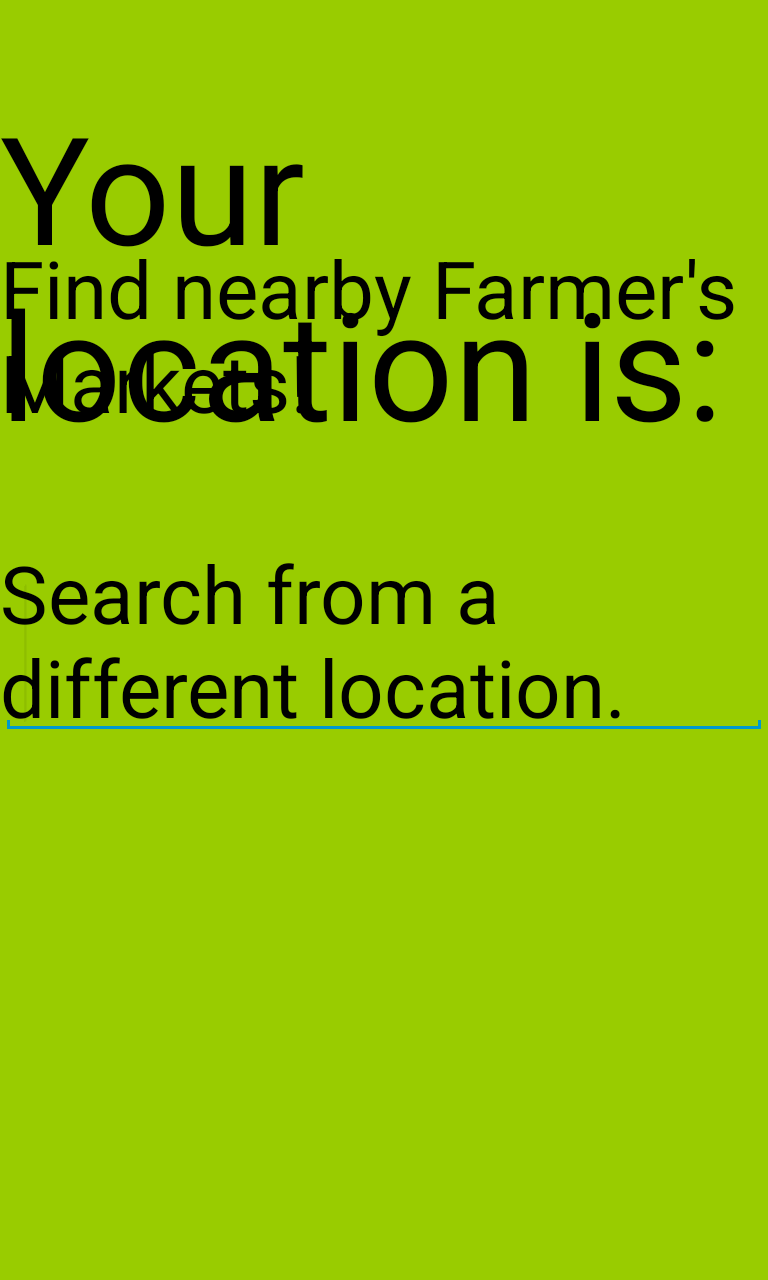
Repository: yasith/OnlyLocal
Layout: Only Local/res/layout/activity_start.xml
An editor plug-in stored every save of this project. The layout is shown before and after the next save, followed by the edit.
It is drawn on a 768 x 1280 px phone screen (xhdpi) without system bars, with theme AppTheme; the app's code is not run.

Above is the layout before, as saved 2012-07-25 06:25:43.

After the next save:
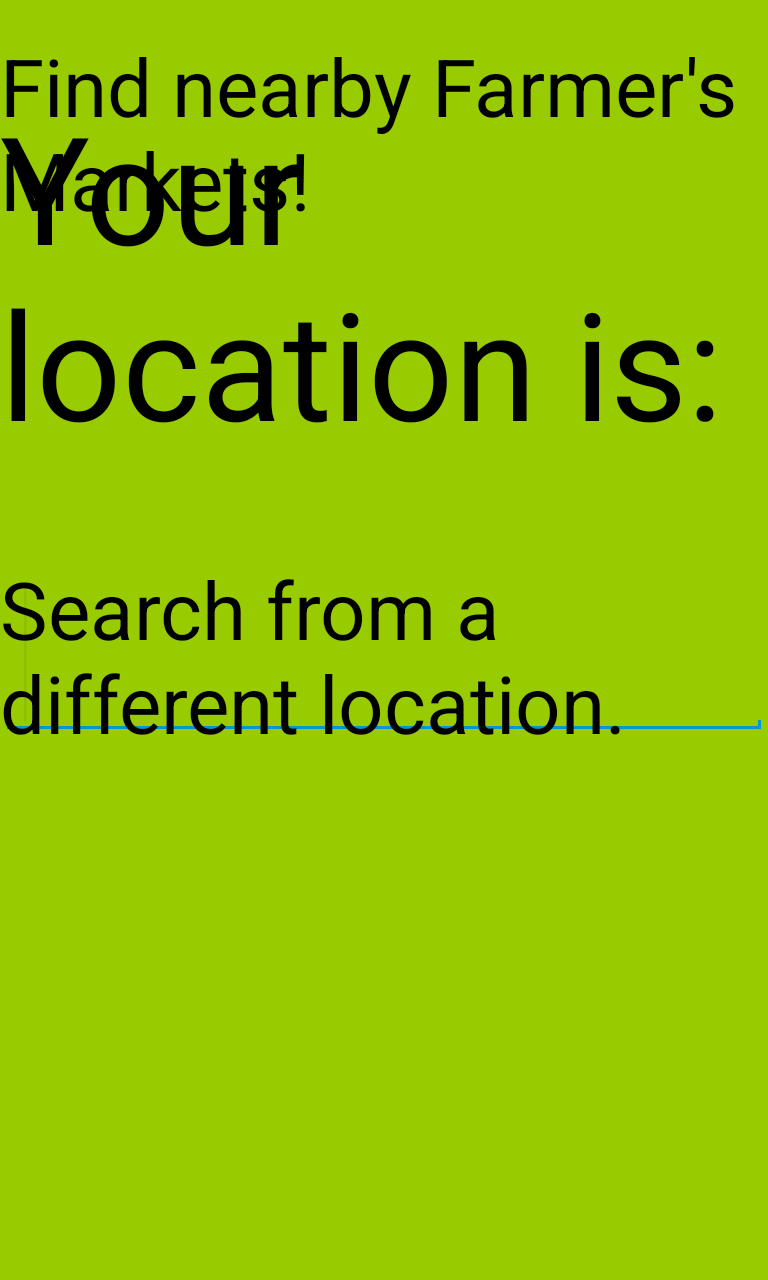
Saved 74 s later.
--- a/Only Local/res/layout/activity_start.xml
+++ b/Only Local/res/layout/activity_start.xml
@@ -2,7 +2,7 @@
     xmlns:tools="http://schemas.android.com/tools"
     android:layout_width="match_parent"
     android:layout_height="match_parent"
-    android:background= "#99CC00" >
+    android:background="#99CC00" >
 
     <TextView
         android:id="@+id/textView1"
@@ -34,8 +34,9 @@
         android:id="@+id/TextView02"
         android:layout_width="wrap_content"
         android:layout_height="wrap_content"
-        android:layout_centerHorizontal="true"
-        android:layout_centerVertical="true"
+        android:layout_alignParentBottom="true"
+        android:layout_alignParentRight="true"
+        android:layout_marginBottom="262dp"
         android:text="@string/change"
         android:textAppearance="?android:attr/textAppearanceLarge"
         android:textSize="40dp" />
@@ -45,8 +46,8 @@
         android:layout_width="wrap_content"
         android:layout_height="wrap_content"
         android:layout_above="@+id/TextView02"
-        android:layout_alignLeft="@+id/TextView02"
-        android:layout_marginBottom="52dp"
+        android:layout_alignLeft="@+id/editText1"
+        android:layout_marginBottom="161dp"
         android:text="@string/search"
         android:textAppearance="?android:attr/textAppearanceLarge"
         android:textSize="40dp" />
